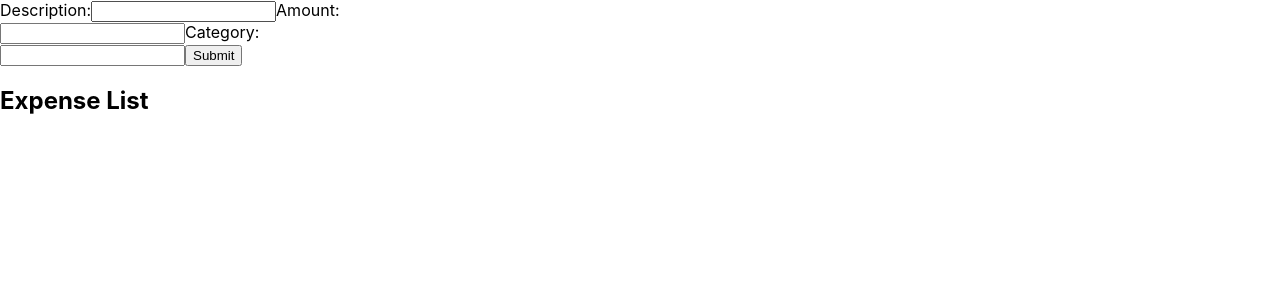
Repository: Victor-MGB/basic-expense-tracker
Page: / (app in expense-tracker/)
These files come from the project's save history. The page is drawn as it stood at one moment and after a run of saves; the edit follows.
The browser window is 1280 px wide. The pictures show the whole page.
The project was rebuilt for these pictures with package versions that can differ from the ones it lists, and the page was loaded fresh each time. Also part of the build but not shown: expense-tracker/src/component/ExpenseItem.js.

Above is the page before, as saved 2023-12-10 22:39:14.

### expense-tracker/src/App.js
import React, { useState } from 'react';
import { ExpenseForm } from './component/ExpenseForm';
import ExpenseList from './component/ExpenseList';
function App(){

  const [expense,setExpense]=useState([])
  const handleAddExpense=(newExpense)=>{
    setExpense([...expense,newExpense])
  }

  const handleDeleteExpense=(expenseId)=>{
    setExpense(expense.filter((expense)=>expense.id !== expenseId))
  }

  const handleUpdateExpense=(updatedExpense)=>{
    setExpense((prevExpense)=>prevExpense.map((expense)=>expense.id === updatedExpense.id ? updatedExpense : expense
    )
    )
  }
  return(
    <>
    <ExpenseForm onAddExpense={handleAddExpense}/>
    <ExpenseList expense={expense}
    onDeleteExpense={handleDeleteExpense}
    onUpdateExpense={handleUpdateExpense}/>
    </>
  )
}
export default App;

### expense-tracker/src/component/ExpenseForm.js
import React, { useState } from 'react'
export function ExpenseForm({onAddExpense}) {
    const [description,setDescription] = useState('');
    const [amount,setAmount] = useState('');
    const [category,setCategory] = useState('')

    const handleDescription=(e)=>{
        setDescription(e.target.value)
    }

    const handleAmount=(e)=>{
        setAmount(e.target.value)
    }

    const handleCategory =(e)=>{
        setCategory(e.target.value)
    }


    const handleSubmit=(e)=>{
        e.preventDefault()

        if(!description || !amount ||!category){
            alert('fill in the field')
            return;

        }

        const newExpense = {
            id:Date.now(),
            description,
            amount:parseFloat(amount),
            category,
        }

        onAddExpense(newExpense);

        setDescription('');
        setAmount('');
        setCategory('')
    }

    const formStyle ={
        maxWidth:'400px'
    }

    return (
        <>
           <form onSubmit={handleSubmit} style={formStyle}>
            <label>
                Description:
                <input type='text' value={description} onChange={handleDescription}/>
            </label>

            <label>
                Amount:
                <input type='text' value={amount} onChange={handleAmount}/>
            </label>

            <label>
                Category:
                <input type='text' value={category} onChange={handleCategory}/>
            </label>

            <button type='submit'> Submit</button>
            </form>
        </>
    )
}

### expense-tracker/src/component/ExpenseList.js
import React from 'react'
import ExpenseItem from './ExpenseItem'

function ExpenseList({expense,onDeleteExpense,onUpdateExpense}) {
  return (
    <div>
        <h2>Expense List</h2>
        <ul>
            {
                expense.map((expense)=>(
                    <li key={expense.id}>
                        <ExpenseItem expense={expense}
                        onDeleteExpense={onDeleteExpense}
                        onUpdateExpense={onUpdateExpense}/>
                    </li>
                ))
            }
        </ul>
    </div>
  )
}

export default ExpenseList

Loaded but not shown: expense-tracker/public/index.html (common file); expense-tracker/src/index.js (common file); expense-tracker/src/index.css (common file); expense-tracker/src/reportWebVitals.js (common file)

After the next 7 saves:
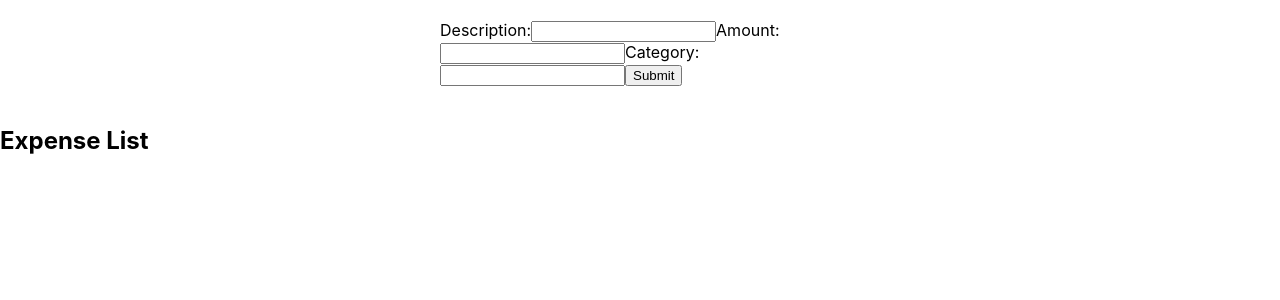
The 7 saves are shown as one change because 2 did not build or start and some came seconds apart.
The last was saved 22 s later.
--- a/expense-tracker/src/component/ExpenseForm.js
+++ b/expense-tracker/src/component/ExpenseForm.js
@@ -41,7 +41,9 @@ export function ExpenseForm({onAddExpense}) {
     }
 
     const formStyle ={
-        maxWidth:'400px'
+        maxWidth:'400px',
+        margin:'auto',
+        padding:'20px'
     }
 
     return (
